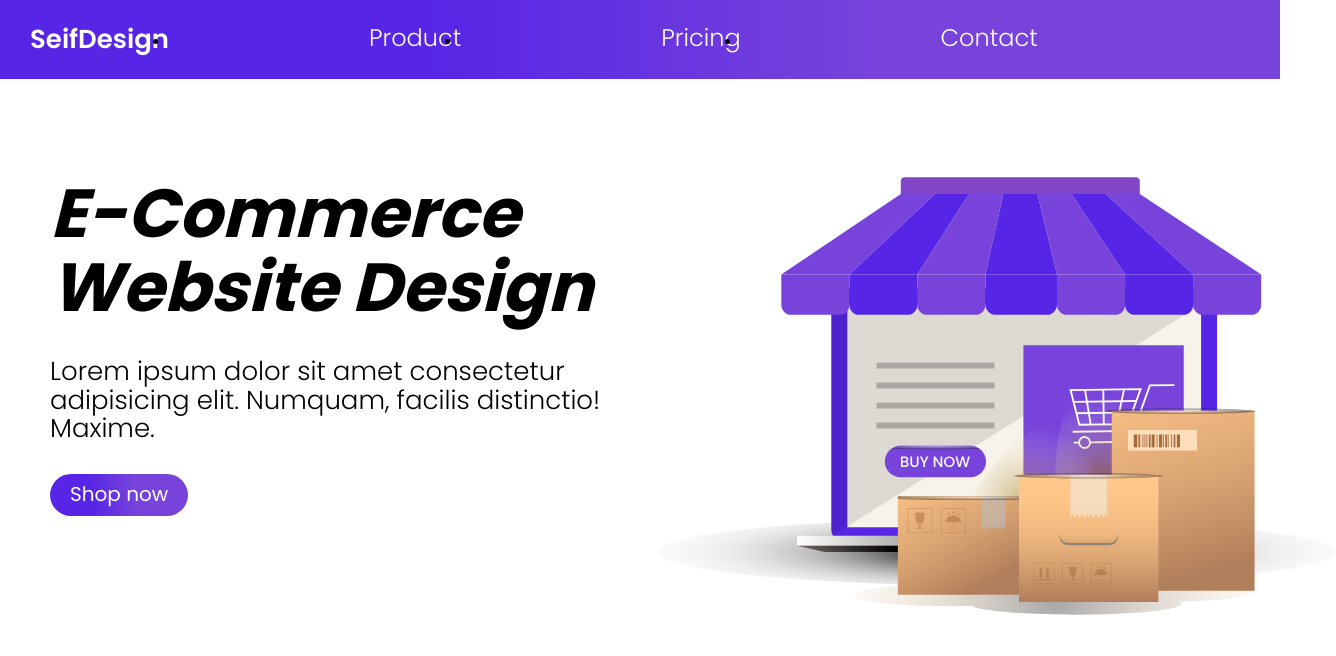
Repository: MehdiKerimov/figma-task-19
Page: pages/homePage/index.html
These files come from the project's save history. The page is drawn as it stood at one moment and after the next save; the edit follows.
The browser window is 1280 px wide. The page is 1336 px wide, so the pictures cover 1336 px, including what lies to the right of the window. The pictures show the whole page.
The style sheet was rebuilt from its Sass, Less or Tailwind sources for each picture, by a compiler version that may differ from the author's.

Above is the page before, as saved 2024-01-20 15:34:38.

### pages/homePage/index.html
<!DOCTYPE html>
<html lang="en">
  <head>
    <meta charset="UTF-8" />
    <meta name="viewport" content="width=device-width, initial-scale=1.0" />
    <title>Document</title>
    <link rel="stylesheet" href="../../assets/css/reset.css" />
    <link rel="stylesheet" href="index.css" />
  </head>
  <body>
    <div class="container">
      <nav>
        <h1>SeifDesign</h1>
        <ul>
          <li>
                    <a href="">Product</a>

          </li>
          <li>
                    <a href="">Pricing</a>

          </li>
          <li>        <a href="">Contact</a>
</li>
        </ul>
        <button class="open-btn">

        </button>
      </nav>
      <main>
        <div class="left-container">
          <h2>E-Commerce Website Design</h2>
          <p>
            Lorem ipsum dolor sit amet consectetur adipisicing elit. Numquam,
            facilis distinctio! Maxime.
          </p>
          <button><a href="">Shop now</a></button>
        </div>

        <img src="../../assets/images/Group (3).svg" alt="" />
      </main>
    </div>
  </body>
</html>

### assets/css/reset.css
*{
    margin: 0;
    padding: 0;
    box-sizing: border-box;
}

button{
    border: none;
}
a{
    text-decoration: none;
}

### pages/homePage/index.scss
@import url("https://fonts.googleapis.com/css2?family=Poppins:wght@300;400;600;700&display=swap");
.container {
  min-height: 100vh;
  /* padding: 30px 30px 43px 30px; */
  nav {
    padding: 20px 30px;
    display: flex;
    background: linear-gradient(270deg, #7743db 31.64%, #5725e5 66.78%);
    h1 {
      color: #fff;
      font-family: Poppins;
      font-size: 26px;
      font-style: normal;
      font-weight: 600;
      line-height: normal;
    }
    ul{
      display: flex;
      @media screen and (max-width:1024px) {
      display: none;;
      }
      a {
        text-decoration: none;
        margin-left: 200px;
        color: #fff;
        text-align: center;
        font-family: Poppins;
        font-size: 24px;
        font-style: normal;
        font-weight: 300;
        line-height: normal;
      }
    }

  }
  main {
    display: flex;
    padding: 98px 50px 43px 50px;
    @media screen and (max-width:1024px) {
      flex-direction: column-reverse;
    }
    h2 {
      width: 608px;
      font-family: Poppins;
      font-size: 68px;
      font-style: italic;
      font-weight: 700;
      line-height: 109%;
    }
    p {
      margin-top: 32px;
      margin-bottom: 32px;
      width: 608px;
      color: #000;
      font-family: Poppins;
      font-size: 26px;
      font-style: normal;
      font-weight: 300;
      line-height: 109%;
    }
    button {
      padding: 10px 20px;
      border-radius: 25px;
      background: linear-gradient(263deg, #7743db 38.81%, #5725e5 70.24%);
      a {
        color: #fff;
        font-family: Poppins;
        font-size: 20px;
        font-style: normal;
        font-weight: 400;
        line-height: 109%;
      }
    }
  }
}

After the next save:
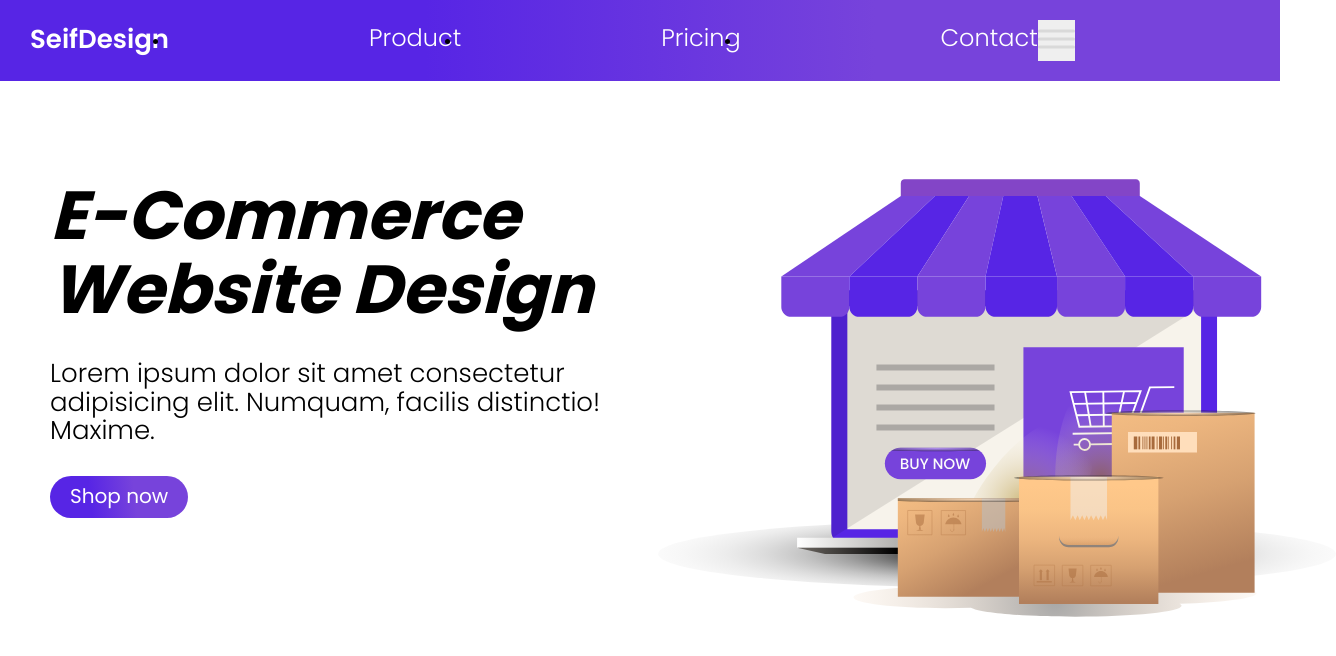
Saved 10 s later.
--- a/pages/homePage/index.html
+++ b/pages/homePage/index.html
@@ -24,7 +24,11 @@
 </li>
         </ul>
         <button class="open-btn">
-
+          <svg xmlns="http://www.w3.org/2000/svg" width="37" height="38" viewBox="0 0 37 38" fill="none">
+            <rect y="9.5" width="37" height="3" rx="1.5" fill="#D9D9D9"/>
+            <rect y="17.5" width="37" height="3" rx="1.5" fill="#D9D9D9"/>
+            <rect y="25.5" width="37" height="3" rx="1.5" fill="#D9D9D9"/>
+          </svg>
         </button>
       </nav>
       <main>
